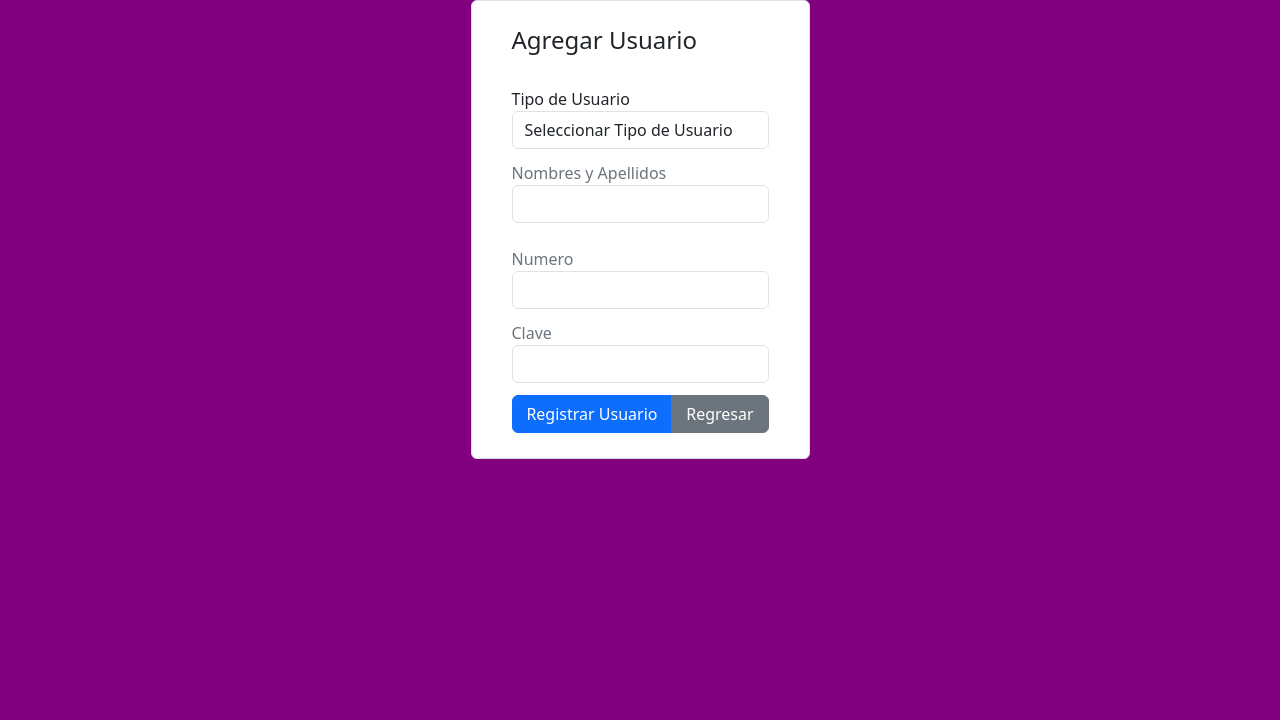
Repository: Gimblet/LP1_Proyecto_Yape
Page: http://localhost/Yape/nuevoUsuario.jsp
The author's editor kept a copy of each file at every save. The page is drawn from the files as they stood at one save, then again after a run of saves.
The browser window is 1280 px wide. The pictures show the whole page.
The page is served by Tomcat 9. Other server files are loaded and not shown.

Above is the page before, as saved 2024-05-04 17:12:50.

### Yape/src/main/webapp/nuevoUsuario.jsp
<%@ page language="java" contentType="text/html; charset=ISO-8859-1"
	pageEncoding="ISO-8859-1"%>
<!DOCTYPE html>
<html>
<head>
<meta charset="ISO-8859-1">
<link href="Resources/bootstrap.min.css" rel="stylesheet">
<style>
	body{
		background-color: purple;
	}
	main{
		background-color:white;
		width: max-content;
		margin: auto;
		display: flex;
		flex-direction: column;
	}
	section{
		vertical-align: middle;
		padding: 25px 40px 25px 40px;
	}
	form{
		display: flex;
		flex-direction: column;
		gap: 12px;
	}
</style>
<title>Nuevo Usuario</title>
</head>
<body>
	<div class="container">
		<main class="border rounded">
			<section>
				<h4>Agregar Usuario</h4>
				<br>
				<form action="Servlet" method="post">
					<div class="form-group">
						<label>Tipo de Usuario</label>
						<select class="form-control" name="cboTipoUsuario" onchange="updateSaldo()">
							<option>Seleccionar Tipo de Usuario</option>
							<option>Admin</option>
							<option>Cliente</option>
						</select>
					</div>
					<div class="form-group">
						<label class="text-secondary">Nombres y Apellidos</label>
						<input class="form-control" type="text" name="txtNombreApe" required>
					</div>
					<div class="form-group" id="saldoField">
						<script>
							function updateSaldo() {
								//Obtener Variables
								var selectedOption = document.getElementsByName("cboTipoUsuario")[0].value;
								var saldoField = document.getElementById("saldoField");

								//Crear input Saldo si es que Cliente esta selecionado
								if (selectedOption === "Cliente") {
									saldoField.innerHTML = '<label class="text-secondary">Saldo</label><input class="form-control" required name="txtSaldo" type="text">';
								} else {
									saldoField.innerHTML = '';
								}
							}
						</script>
					</div>
					<div class="form-group">
						<label class="text-secondary">Numero</label>
						<input class="form-control" required name="txtNumero" type="text">
					</div>
					<div class="form-group">
						<label class="text-secondary">Clave</label>
						<input class="form-control" required type="text" name="txtClave">
					</div>
					<div class="btn-group">
						<input class="btn btn-primary" type="submit" name="type" value="Registrar Usuario">
						<a href="Servlet?type=Volver" class="btn btn-secondary">Regresar</a>
					</div>
				</form>
			</section>
		</main>
	</div>
</body>
</html>

Loaded but not shown: Yape/src/main/webapp/Resources/bootstrap.min.css (library)

After the next 2 saves:
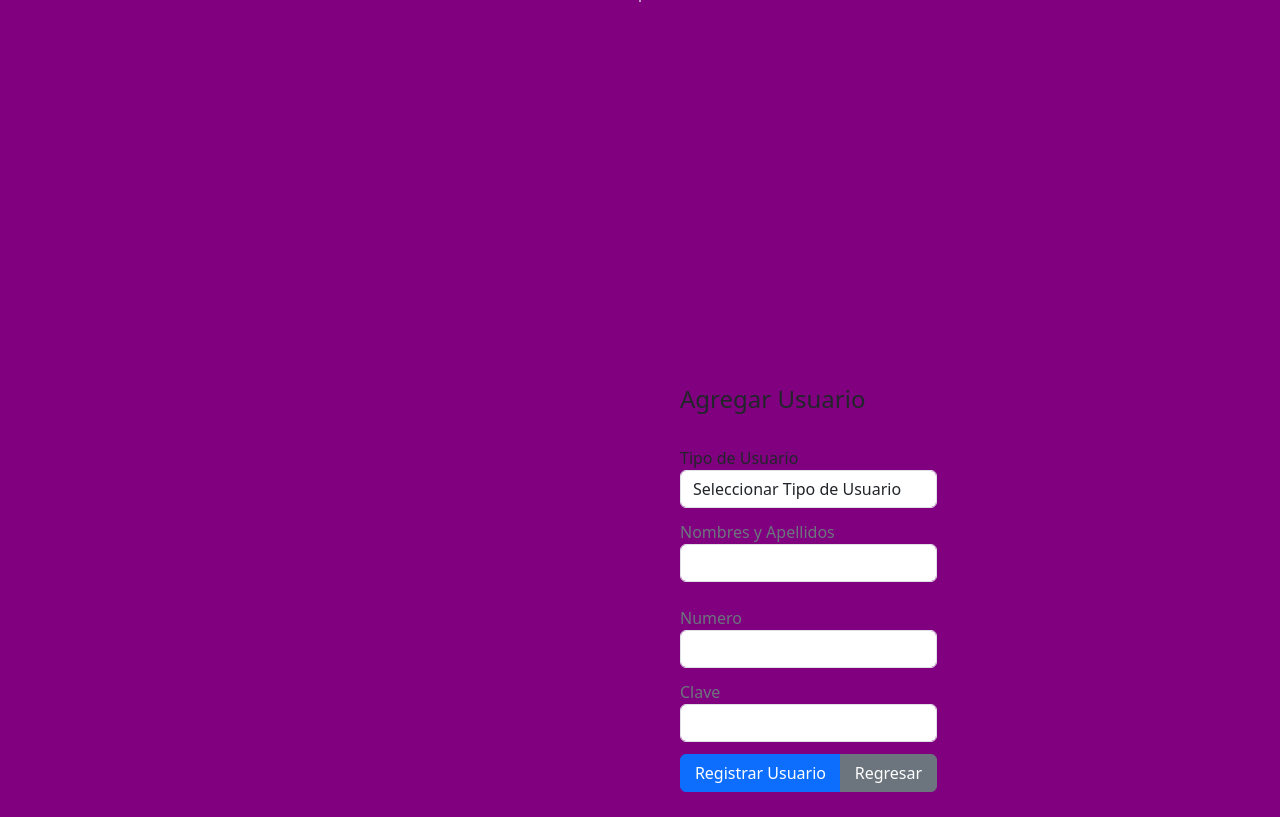
The 2 saves are shown as one change because they came seconds apart.
The last was saved 3 min 54 s later.
--- a/Yape/src/main/webapp/nuevoUsuario.jsp
+++ b/Yape/src/main/webapp/nuevoUsuario.jsp
@@ -13,11 +13,10 @@
 		background-color:white;
 		width: max-content;
 		margin: auto;
-		display: flex;
-		flex-direction: column;
 	}
 	section{
-		vertical-align: middle;
+		position: absolute;
+		top: 50%;
 		padding: 25px 40px 25px 40px;
 	}
 	form{
